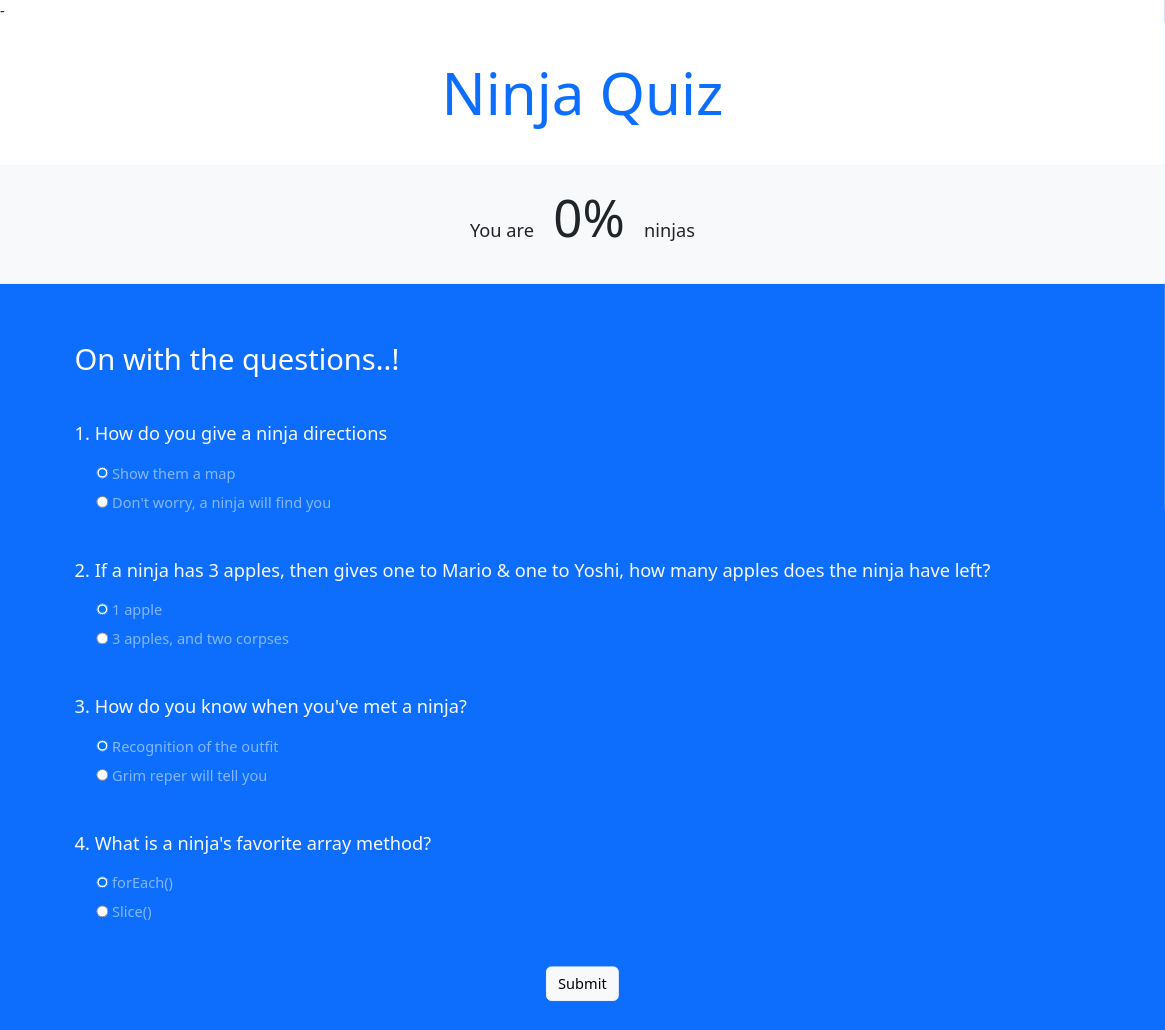
Repository: Programmer-RD-AI/Modern-JavaScript-Complete-guide-from-Novice-to-Ninja
Page: ninja_quiz/index.html
An editor plug-in stored every save of this project. The page is shown before and after the next save, followed by the edit.
The browser window is 1280 px wide. The pictures show the whole page, at 91% of full size.
After loading, the first visible `form.quiz-form` was submitted once.

Above is the page before, as saved 2023-12-26 16:25:56.
Console error: ReferenceError: closeInterval is not defined

### ninja_quiz/index.html
<html lang="en">
  <head>
    <meta charset="UTF-8" />
    -
    <meta name="viewport" content="width=device-width, initial-scale=1.0" />
    <link
      href="https://cdn.jsdelivr.net/npm/bootstrap@5.3.2/dist/css/bootstrap.min.css"
      rel="stylesheet"
      integrity="sha384-T3c6CoIi6uLrA9TneNEoa7RxnatzjcDSCmG1MXxSR1GAsXEV/Dwwykc2MPK8M2HN"
      crossorigin="anonymous"
    />
    <title>Ninja Quiz</title>
    <link rel="stylesheet" href="style.css" />
  </head>
  <body>
    <!-- introduction -->
    <div class="intro py-3 bg-white text-center">
      <div class="container">
        <h2 class="text-primary display-3 my-4">Ninja Quiz</h2>
      </div>
    </div>
    <!-- percentage -->
    <div class="result py-4 d-none bg-light text-center">
      <div class="container lead">
        <p>You are <span class="text-primary display-4 p-3">0%</span> ninjas</p>
      </div>
    </div>
    <!-- quiz section -->
    <div class="quiz py-3 bg-primary">
      <div class="container">
        <h2 class="my-5 text-white">On with the questions..!</h2>
        <form class="quiz-form text-light">
          <div class="my-5">
            <p class="lead font-weight-normal">
              1. How do you give a ninja directions
            </p>
            <div class="form-check my-2 text-white-50">
              <input type="radio" name="q1" value="A" checked />
              <label class="form-check-label">Show them a map</label>
            </div>
            <div class="form-check my-2 text-white-50">
              <input type="radio" name="q1" value="B" />
              <label class="form-check-label"
                >Don't worry, a ninja will find you</label
              >
            </div>
          </div>
          <div class="my-5">
            <p class="lead font-weight-normal">
              2. If a ninja has 3 apples, then gives one to Mario & one to
              Yoshi, how many apples does the ninja have left?
            </p>
            <div class="form-check my-2 text-white-50">
              <input type="radio" name="q2" value="A" checked />
              <label class="form-check-label">1 apple</label>
            </div>
            <div class="form-check my-2 text-white-50">
              <input type="radio" name="q2" value="B" />
              <label class="form-check-label">3 apples, and two corpses</label>
            </div>
          </div>
          <div class="my-5">
            <p class="lead font-weight-normal">
              3. How do you know when you've met a ninja?
            </p>
            <div class="form-check my-2 text-white-50">
              <input type="radio" name="q3" value="A" checked />
              <label class="form-check-label">Recognition of the outfit</label>
            </div>
            <div class="form-check my-2 text-white-50">
              <input type="radio" name="q3" value="B" />
              <label class="form-check-label">Grim reper will tell you</label>
            </div>
          </div>
          <div class="my-5">
            <p class="lead font-weight-normal">
              4. What is a ninja's favorite array method?
            </p>
            <div class="form-check my-2 text-white-50">
              <input type="radio" name="q4" value="A" checked />
              <label class="form-check-label">forEach()</label>
            </div>
            <div class="form-check my-2 text-white-50">
              <input type="radio" name="q4" value="B" />
              <label class="form-check-label">Slice()</label>
            </div>
          </div>
          <div class="text-center">
            <input type="submit" class="btn btn-light" />
          </div>
        </form>
      </div>
    </div>
    <script src="app.js"></script>
  </body>
</html>

### ninja_quiz/app.js
const correctAnswers = ["B", "B", "B", "B"];
const form = document.querySelector(".quiz-form");
const percentage = document.querySelector("div.result");
form.addEventListener("submit", (e) => {
  e.preventDefault();
  let score = 0;
  const userAnswers = [
    form.q1.value,
    form.q2.value,
    form.q3.value,
    form.q4.value,
  ];
  userAnswers.forEach((userAnswer, idx) => {
    if (userAnswer === correctAnswers[idx]) {
      score += 100 / correctAnswers.length;
    }
  });
  scrollTo(0, 0);
  percentage.classList.remove("d-none");
  let i = 0;
  const timer = setInterval(() => {
    percentage.querySelector("span").textContent = `${i}%`;
    if (i === score) {
      percentage.querySelector("span").classList.replace("text-primary","text-");
      setTimeout(() => {
        percentage.querySelector("span").style.color = "blue";
      }, 2500);
      closeInterval(timer);
    }
    i++;
  }, 75);
});

// window object (global object, where everything is stored)
// console.log("hello");
// window.console.log("hello");
console.log(document.querySelector("form"));

Loaded but not shown: ninja_quiz/style.css (no stored copy; drawn as an empty file)

After the next save:
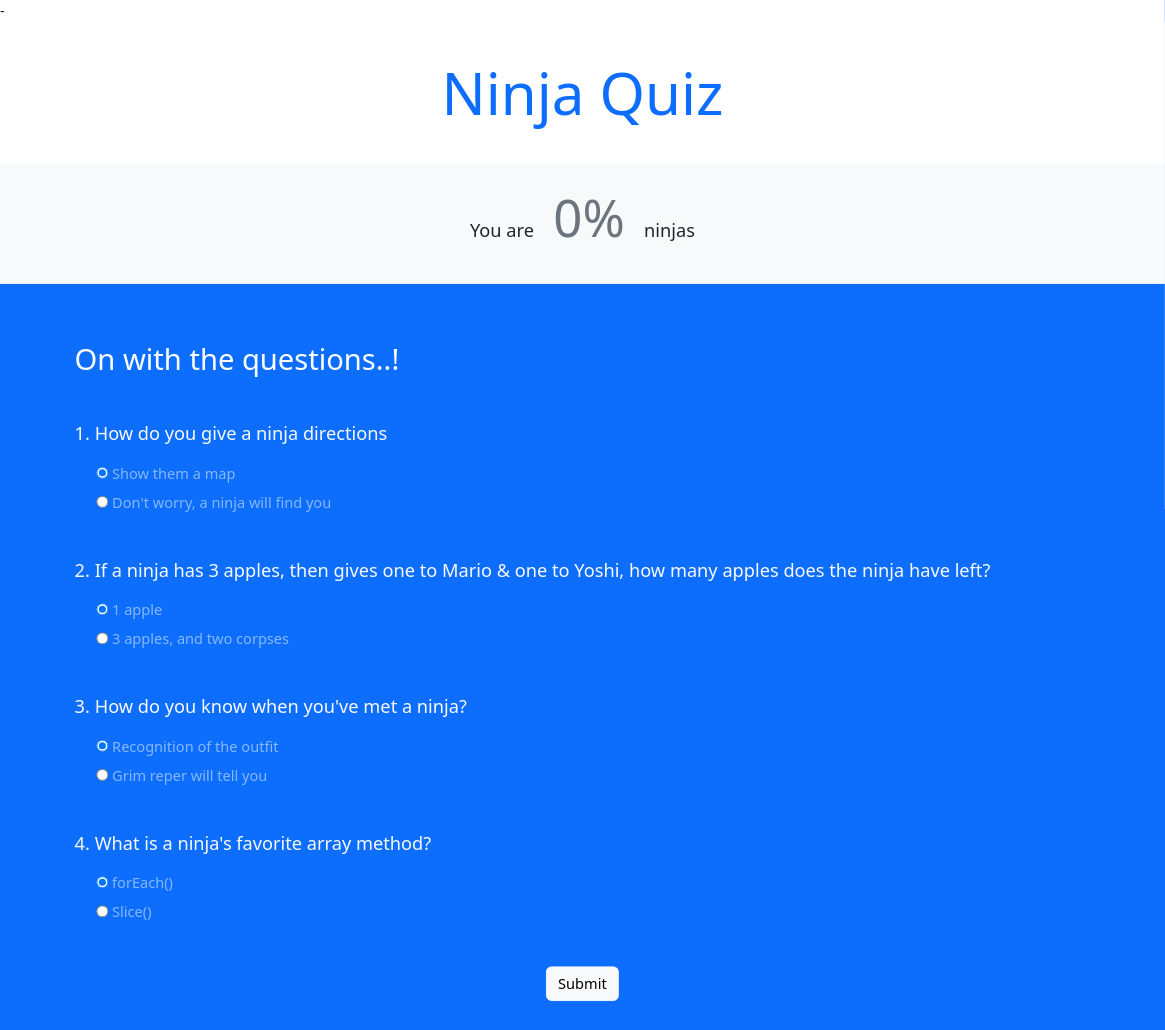
Saved 21 s later.
--- a/ninja_quiz/app.js
+++ b/ninja_quiz/app.js
@@ -21,7 +21,9 @@ form.addEventListener("submit", (e) => {
   const timer = setInterval(() => {
     percentage.querySelector("span").textContent = `${i}%`;
     if (i === score) {
-      percentage.querySelector("span").classList.replace("text-primary","text-");
+      percentage
+        .querySelector("span")
+        .classList.replace("text-primary", "text-secondary");
       setTimeout(() => {
         percentage.querySelector("span").style.color = "blue";
       }, 2500);
